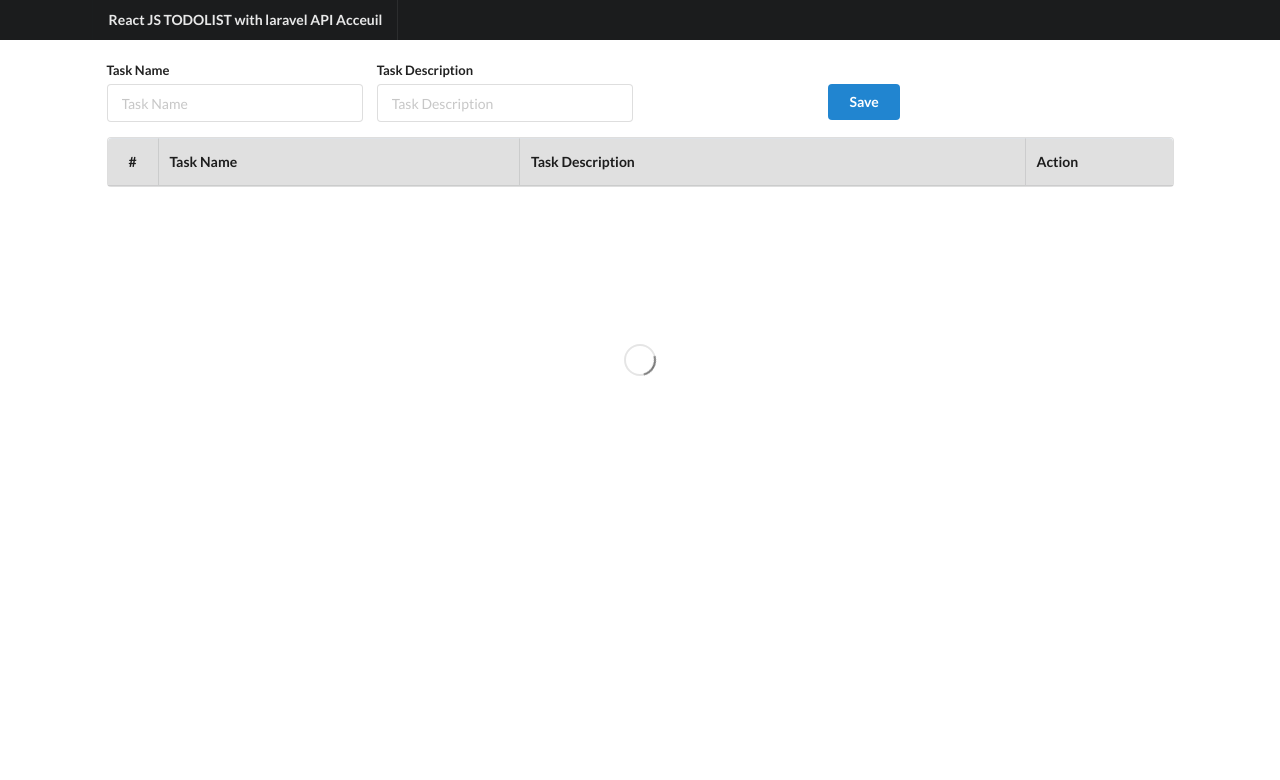
Repository: balkisys/react-js-crud
Page: /
These files come from the project's save history. The page is drawn as it stood at one moment and after the next save; the edit follows.
The browser window is 1280 px wide. The pictures show the whole page.
The page's requests for data from a server got no answer. The project was rebuilt for these pictures with package versions that can differ from the ones it lists, and the page was loaded fresh each time. No one was signed in, and anything a server would have sent is missing. Also part of the build but not shown: src/components/Task.js.

Above is the page before, as saved 2021-02-07 17:38:07.

After the next save:
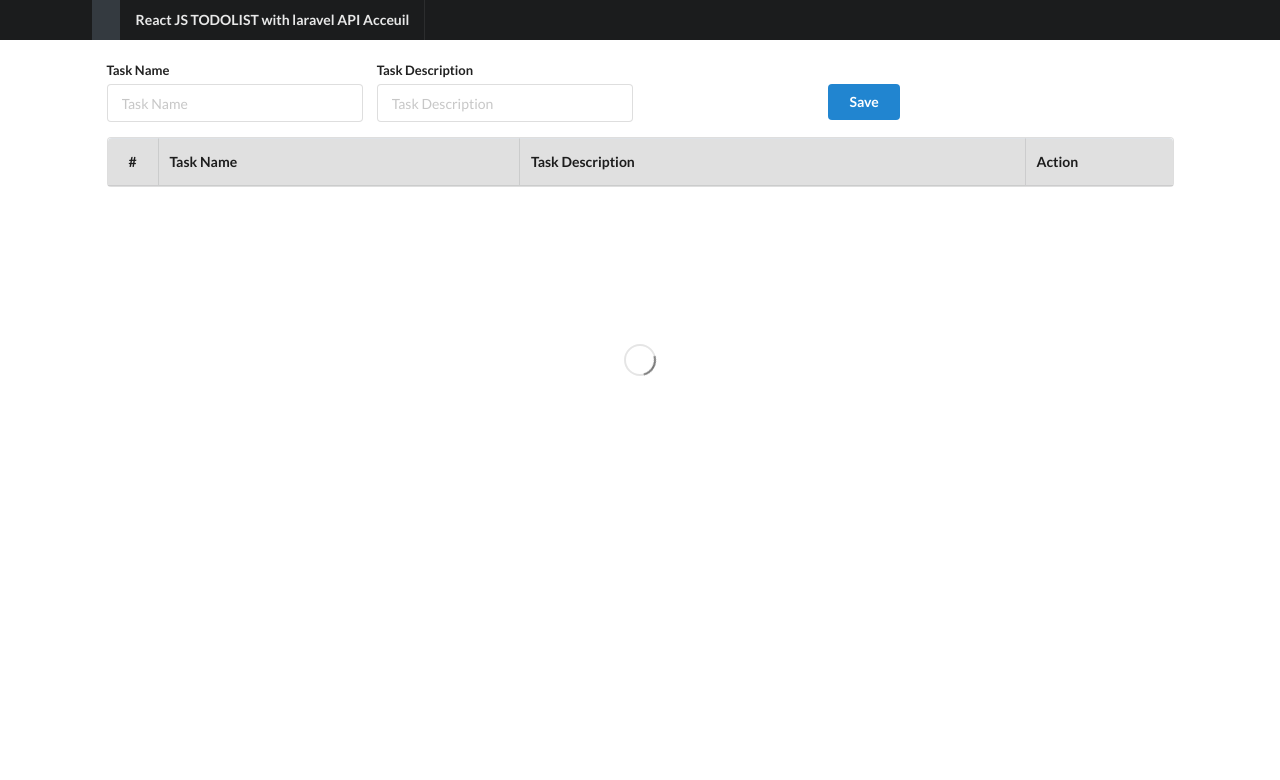
Saved 99 min 3 s later.
--- a/src/components/App.js
+++ b/src/components/App.js
@@ -11,7 +11,9 @@ class App extends Component {
       return (
           <div>
            <div className="ui fixed inverted menu">
-          <div className="ui container">
+                  <div className="ui container">
+                      <nav class="navbar navbar-dark bg-dark">
+</nav>
 
            <a href="/#" className="header item">
                           React JS TODOLIST  with laravel API Acceuil
